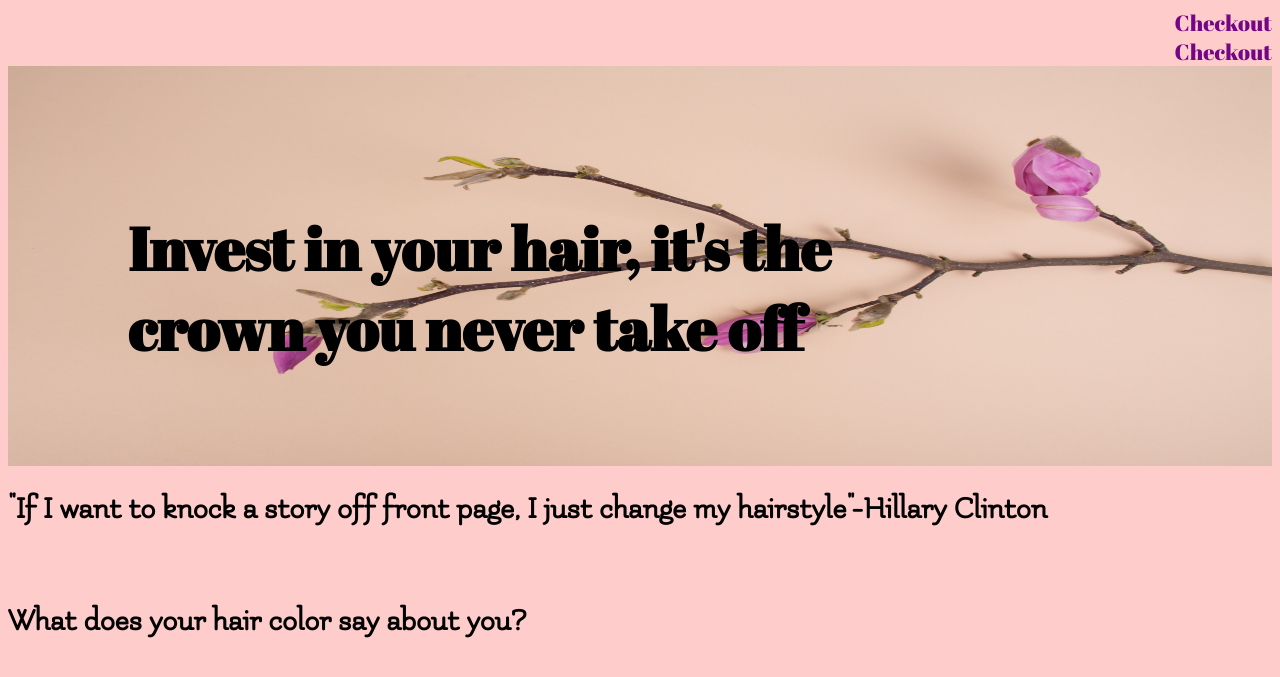
Repository: aarushi-07/Hair-and-Spa-booking-system
Page: http://localhost/salon/WEB-INF/jsp/hair.jsp
These files come from the project's save history. The page is drawn as it stood at one moment and after the next save; the edit follows.
The browser window is 1280 px wide. The pictures show the whole page.
The page is served by Tomcat 9. Nobody is signed in. Other server files are loaded and not shown. The template is opened directly, without the code that normally fills it, so the values that code supplies are empty.

Above is the page before, as saved 2020-07-10 11:37:03.

### salon/src/main/webapp/WEB-INF/jsp/hair.jsp
<%@ taglib uri="http://java.sun.com/jsp/jstl/core" prefix="c"%>
<%@ page language="java" contentType="text/html; charset=ISO-8859-1"
	pageEncoding="ISO-8859-1"%>

<!DOCTYPE html>
<html>
<head>
<meta charset="ISO-8859-1">
<title>Haircut is all you need</title>
<link rel="stylesheet" href="../resources/css/all.css" />


<style>

table{
align:"center";
width: 70%;
font-size: 30px;
}
th {
  text-align: "centre";
}

@font-face {
	font-family: 'Abril Fatface';
	src : url("../resources/font/AbrilFatface-Regular.ttf");
}

@font-face{
    font-family: "Margarine";
    src: url("../resources/font/Margarine-Regular.ttf");
}

@font-face{
    font-family: "Nosifer";
    src: url("../resources/font/Nosifer-Regular.ttf");
}

@font-face{
    font-family: "Flamenco";
    src: url("../resources/font/Flamenco-Regular.ttf");
}

 @font-face{
    font-family: "Aref Ruqaa";
    src: url("../resources/font/ArefRuqaa-Regular.ttf");
}

</style>
</head>
<body>
<div class="divSer">
		<a href="checkout">Checkout</a>
	</div>
	<div class="divSer">
		<a href="checkout">Checkout</a>
	</div>

	<div class="abril">
	<img src="../resources/images/bg.jpg" width=100% height=400px>
	<div class="centeredHair"><h1> Invest in your hair, it's the crown you never
		take off </h1></div>
	</div>

	<h1 class="flamenco">"If I want to knock a story off front page, I just change my
		hairstyle"-Hillary Clinton</h1>
	<table align="center" class="arefruqaa">

		<c:forEach items="${style}" var="h">
			<tr>
				<td><img src="${h.img}" width="240" height="300" /></td>
				<td>${h.type}</td>
				<td>${h.price}</td>

			</tr>
		</c:forEach>
	</table>

	<br>
	<br>

	<h1 class="flamenco">What does your hair color say about you?</h1>
	<table align="center" class="arefruqaa">



		<c:forEach items="${color}" var="c">
			<tr>
				<td>${c.type}</td>
				<td>${c.price}</td>
				<td><img src="${c.img }" width="240" height="300" /></td>

			</tr>
		</c:forEach>
	</table>

</body>
</html>

### salon/src/main/webapp/resources/css/all.css
@charset "ISO-8859-1";

@font-face{
    font-family: "Margarine";
    src: url("../resources/font/Margarine-Regular.ttf");
}

@font-face{
    font-family: "Abril Fatface";
    src: url("../resources/font/AbrilFatface-Regular.ttf");
}


@font-face{
    font-family: "Nosifer";
    src: url("../resources/font/Nosifer-Regular.ttf");
}

@font-face{
    font-family: "Flamenco";
    src: url("../resources/font/Flamenco-Regular.ttf");
}

@font-face{
    font-family: "Aref Ruqaa";
    src: url("../resources/font/ArefRuqaa-Regular.ttf");
}

.arefruqaa
{
	font-family: "Aref Ruqaa";
}

.flamenco
{
	font-family: "Flamenco";
}

.nosifer{
	font-family: "Nosifer";
	text-align: center;
}

.abril {
	font-family: 'Abril Fatface';
}


.margarine {
	font-family: "Margarine";
}

.divSer {
	border: none;
	text-align: right;
	font-family: "Abril Fatface";
	font-size: 22px;
}

a:link {
	text-decoration: none;
	font-family: "Abril Fatface";
	font-size: 22px;
	color: #740685;
}

a:hover {
	 color: #002733;

}

body {
	 background-color: #ffcccc ;
}

.centered {
  position: absolute;
  top: 35%;
  left: 50%;
  transform: translate(-50%, -50%);
}
.centeredHair {
  position: absolute;
  top: 40%;
  left: 40%;
  transform: translate(-50%, -50%);
  font-size: 30px;
}

After the next save:
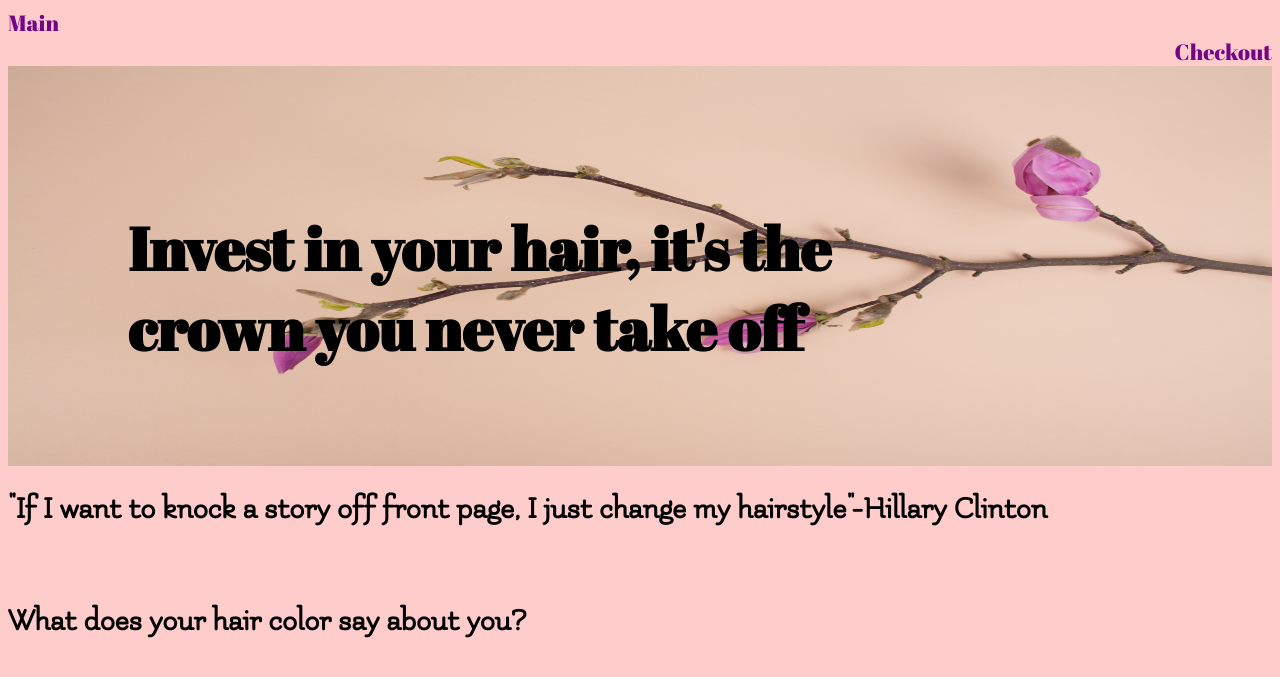
Saved 25 s later.
--- a/salon/src/main/webapp/WEB-INF/jsp/hair.jsp
+++ b/salon/src/main/webapp/WEB-INF/jsp/hair.jsp
@@ -49,8 +49,8 @@ th {
 </style>
 </head>
 <body>
-<div class="divSer">
-		<a href="checkout">Checkout</a>
+	<div>
+		<a href="salon">Main</a>
 	</div>
 	<div class="divSer">
 		<a href="checkout">Checkout</a>
